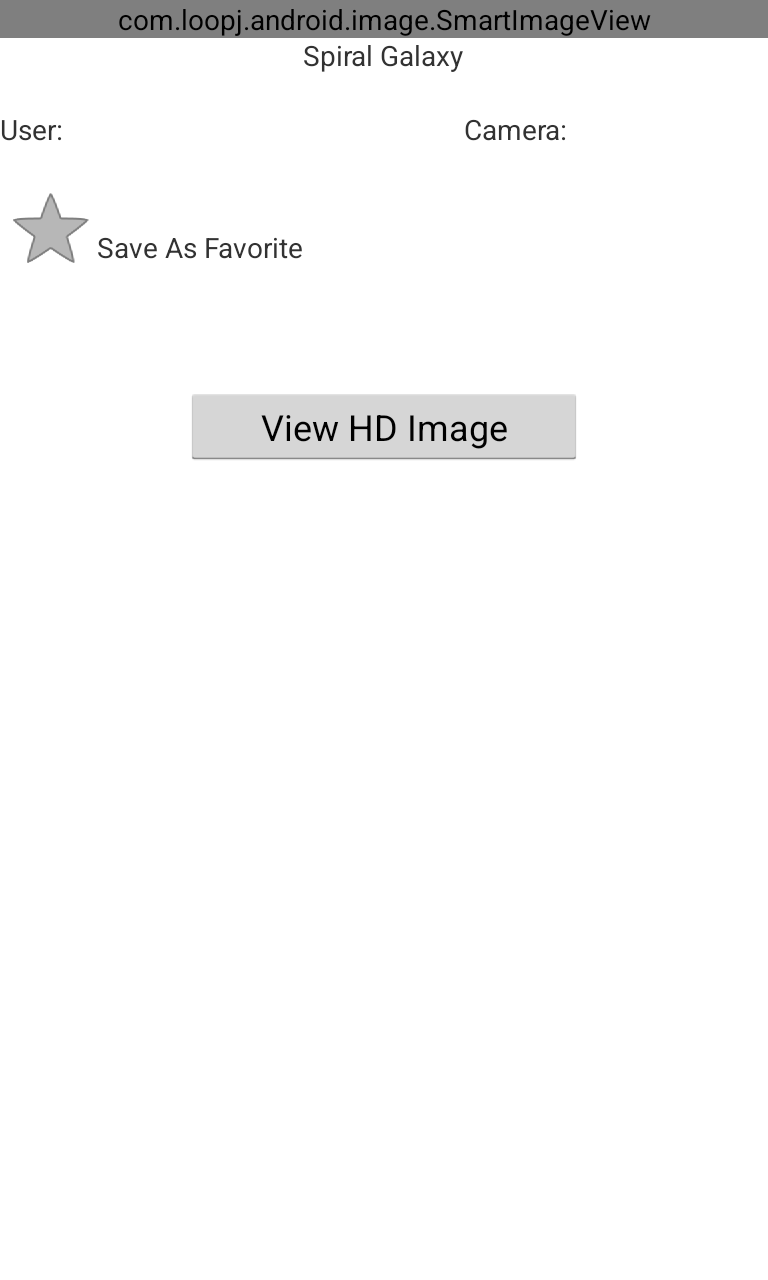
Repository: arianaantonio/Java2_Antonio
Layout: SpaceImageViewer/res/layout/details_activity.xml
The author's editor kept a copy of each file at every save. The layout is drawn from the files as they stood at one save, then again after a run of saves.
Pictures or frames that could not be fetched are drawn as grey boxes. It is drawn on a 768 x 1280 px phone screen (xhdpi) without system bars, with theme AppTheme; the app's code is not run.

Above is the layout before, as saved 2014-07-17 04:57:49.

### SpaceImageViewer/res/layout/details_activity.xml
<?xml version="1.0" encoding="utf-8"?>
<RelativeLayout xmlns:android="http://schemas.android.com/apk/res/android"
    android:layout_width="match_parent"
    android:layout_height="match_parent"
    android:orientation="vertical" >

    <TextView
        android:id="@+id/title"
        android:layout_width="wrap_content"
        android:layout_height="wrap_content"
        android:layout_alignParentTop="true"
        android:layout_centerHorizontal="true"
        android:layout_marginTop="18dp"
        android:text="Spiral Galaxy" />

    <TextView
        android:id="@+id/user"
        android:layout_width="wrap_content"
        android:layout_height="wrap_content"
        android:layout_alignParentLeft="true"
        android:layout_below="@+id/title"
        android:layout_marginTop="18dp"
        android:text="@string/userString" />

    <TextView
        android:id="@+id/userName"
        android:layout_width="wrap_content"
        android:layout_height="wrap_content"
        android:layout_above="@+id/ratingBar"
        android:layout_marginLeft="18dp"
        android:layout_alignBottom="@+id/user"
        android:layout_toRightOf="@+id/user"
        android:text="" />

    <TextView
        android:id="@+id/cameraType"
        android:layout_width="wrap_content"
        android:layout_height="wrap_content"
        android:layout_alignParentRight="true"
        android:layout_alignBaseline="@+id/user"
        android:layout_alignBottom="@+id/user"
        android:layout_toRightOf="@+id/camera"
        android:text="" />

    <TextView
        android:id="@+id/camera"
        android:layout_width="wrap_content"
        android:layout_height="wrap_content"
        android:layout_alignBaseline="@+id/cameraType"
        android:layout_alignBottom="@+id/cameraType"
        android:layout_toRightOf="@+id/title"
        android:text="@string/cameraString" />

    <Button
        android:id="@+id/button1"
        android:layout_width="wrap_content"
        android:layout_height="wrap_content"
        android:layout_below="@+id/ratingBar"
        android:layout_centerHorizontal="true"
        android:layout_marginTop="46dp"
        android:minHeight="35dp"
        android:text="@string/HDbutton"
        android:width="200dp" />

    <RatingBar
        android:id="@+id/ratingBar"
        android:layout_width="wrap_content"
        android:layout_height="wrap_content"
        android:layout_alignRight="@+id/userName"
        android:layout_below="@+id/user"
        android:layout_marginTop="16dp"
        android:numStars="1"
        android:rating="0.0"
        android:stepSize="1.0" />

    <TextView
        android:id="@+id/textView1"
        android:layout_width="wrap_content"
        android:layout_height="wrap_content"
        android:layout_alignBottom="@+id/ratingBar"
        android:layout_marginBottom="14dp"
        android:layout_toLeftOf="@+id/title"
        android:text="@string/favorite" />
    <com.loopj.android.image.SmartImageView
    android:id="@+id/my_image"
    android:layout_width="match_parent"
    android:layout_height="wrap_content"
    android:visibility="visible" />

</RelativeLayout>

### SpaceImageViewer/res/values/strings.xml
<?xml version="1.0" encoding="utf-8"?>
<resources>

    <string name="app_name">Space Image Viewer</string>
    <string name="action_settings">Settings</string>
    <string name="textview_text">List of images of spiral galaxies</string>
    <string name="detail_view">Details:</string>
    <string name="Description">Image View</string>
    <color name="Purple">#7F00FF</color>
    <color name="Grey">#D8D8D8</color>
    <color name="Aqua">#99FFFF</color>
    <string name="userString">User:</string>
    <string name="cameraString">Camera:</string>
    <string name="HDbutton">View HD Image</string>
    <string name="detailactivity">Details Activity</string>
    <string name="favorite">Save As Favorite</string>


</resources>

Loaded but not shown: SpaceImageViewer/res/values/styles.xml (common file); SpaceImageViewer/res/values-v11/styles.xml (common file); SpaceImageViewer/res/values-v14/styles.xml (common file)

After the next 2 saves:
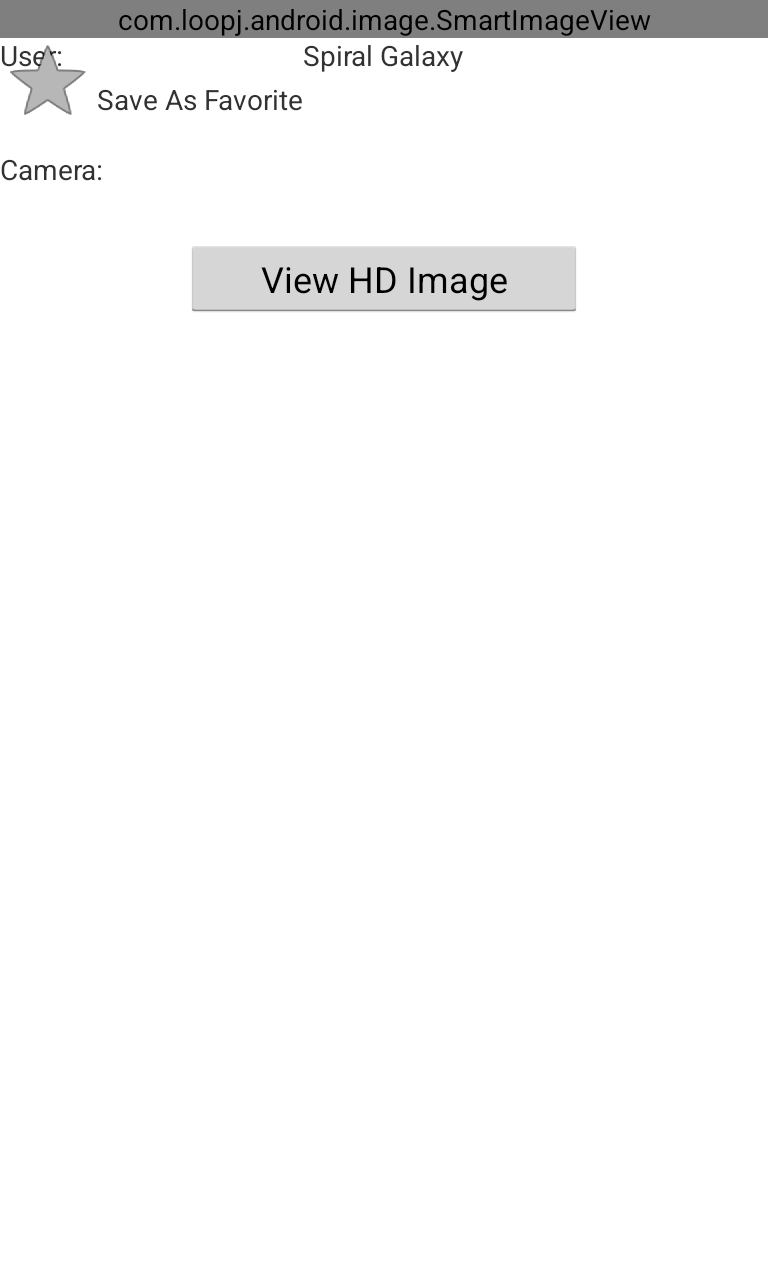
The 2 saves are shown as one change because 1 did not build or start.
The last was saved 3 min 41 s later.
--- a/SpaceImageViewer/res/layout/details_activity.xml
+++ b/SpaceImageViewer/res/layout/details_activity.xml
@@ -12,7 +12,10 @@
         android:layout_centerHorizontal="true"
         android:layout_marginTop="18dp"
         android:text="Spiral Galaxy" />
-
+	<LinearLayout xmlns:android="http://schemas.android.com/apk/res/android"
+    	android:layout_width="match_parent"
+    	android:layout_height="match_parent"
+    	android:orientation="vertical">
     <TextView
         android:id="@+id/user"
         android:layout_width="wrap_content"
@@ -50,7 +53,7 @@
         android:layout_alignBottom="@+id/cameraType"
         android:layout_toRightOf="@+id/title"
         android:text="@string/cameraString" />
-
+	</LinearLayout>
     <Button
         android:id="@+id/button1"
         android:layout_width="wrap_content"
